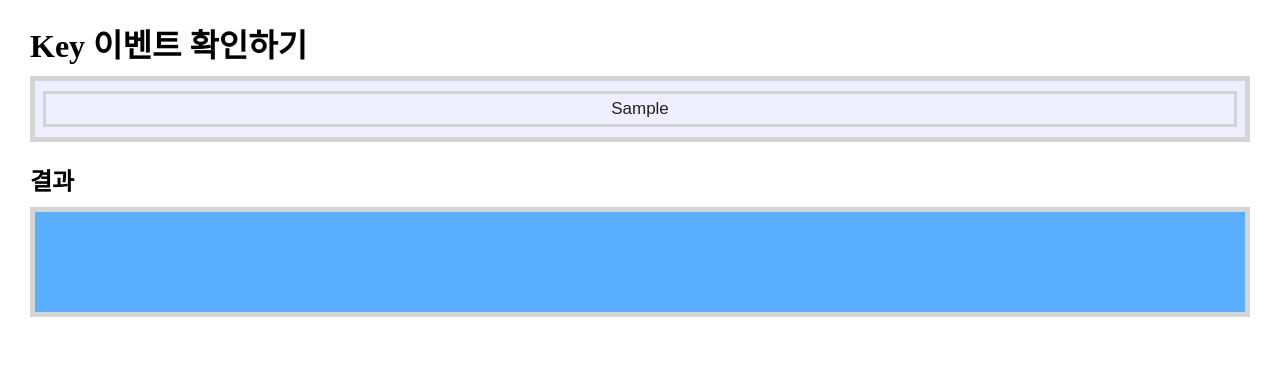
Repository: ssummini/Web
Page: jQuery/src/main/webapp/02_jQueryEvent/exam05-key.html
These files come from the project's save history. The page is drawn as it stood at one moment and after the next save; the edit follows.
The browser window is 1280 px wide. The pictures show the whole page.
Empty fields were first filled with sample values (such as "Sample", 5 or name@example.com).
After loading, the first visible `input` was changed once.

Above is the page before, as saved 2024-08-22 08:26:51.

After the next save:
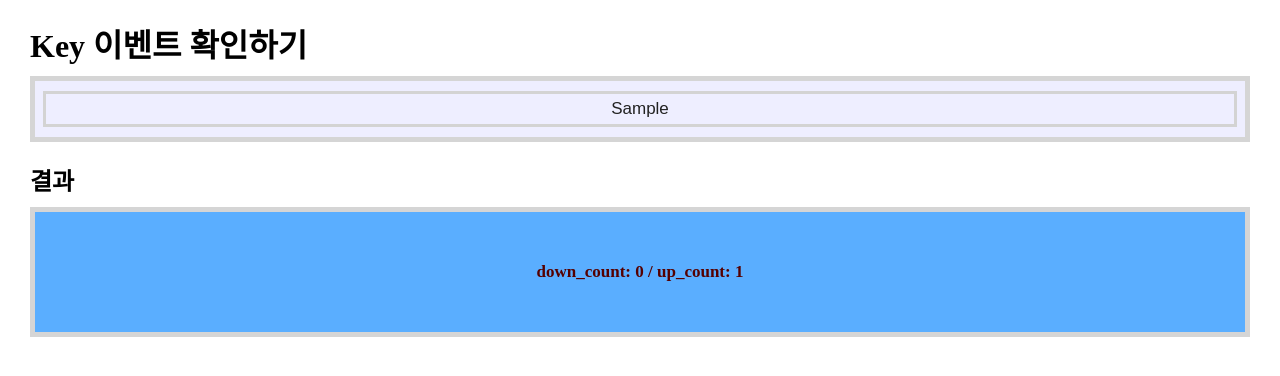
Saved 56 s later.
--- a/jQuery/src/main/webapp/02_jQueryEvent/exam05-key.html
+++ b/jQuery/src/main/webapp/02_jQueryEvent/exam05-key.html
@@ -19,9 +19,15 @@ $(function () {
 	var down_count = 0;
 	var up_count = 0;
 
-	$('#input > input[type="text"]').keydown(function(){});
+	$('#input > input[type="text"]').keydown(function(){
+		down_count++;
+		$("#result").html("down_count: " + down_count + " / up_count: " + up_count);
+	});
 
-	$('#input > input[type="text"]').keyup(function(){});
+	$('#input > input[type="text"]').keyup(function(){
+		up_count++;
+		$("#result").html("down_count: " + down_count + " / up_count: " + up_count);
+	});
 });
 </script>
 </body>
